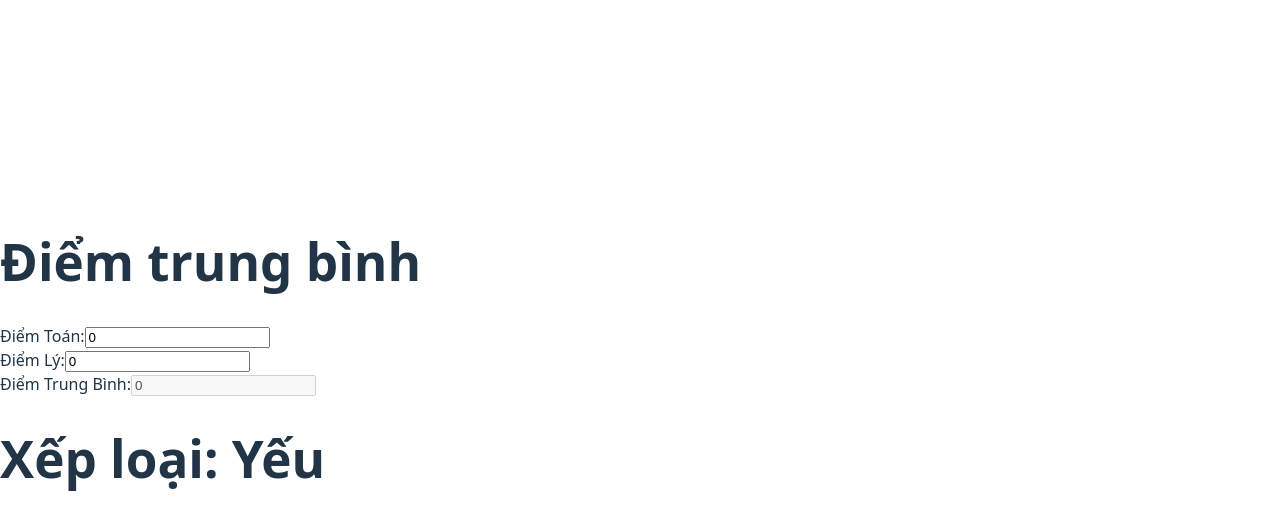
Repository: thidieu2005/React_State
Page: /
These files come from the project's save history. The page is drawn as it stood at one moment and after the next save; the edit follows.
The browser window is 1280 px wide. The pictures show the whole page.
The project was rebuilt for these pictures with package versions that can differ from the ones it lists, and the page was loaded fresh each time. Also part of the build but not shown: vite.config.js, src/Dientich_hcn.jsx, src/App.jsx, src/Counter_function.jsx, src/S_hnc.jsx, src/data.jsx, src/App.css, src/State_getData.jsx and 5 more.

Above is the page before, as saved 2025-04-28 16:09:15.

### src/main.jsx
import { StrictMode } from 'react'
import { createRoot } from 'react-dom/client'
import './index.css'
import App from './App.jsx'
import Dientich_hcn from './Dientich_hcn.jsx'
// import App from './App.jsx'
// import Counter from './Counter.jsx'
import CounterFunction from './Counter_function.jsx'
import S_hcn from './S_hnc.jsx'
import State_getData from './State_getData.jsx'
import FGetdtAPI from './FGetdtAPI.jsx'
import CGetdtAPI from './CGetdtAPI.jsx'
import CaxiosAPI from './axios/CaxiosAPI.jsx'
import FuaxiosAPI from './axios/FuaxiosAPI.jsx'
import MyForm from './Form/form1.jsx'
import { DiemTB } from './Form/diem.jsx'
createRoot(document.getElementById('root')).render(
  <StrictMode>
    <  DiemTB />
  </StrictMode>,
)

### src/Form/diem.jsx
import React, { useState, useEffect } from 'react';

export function DiemTB() {
  const [diemToan, setDiemToan] = useState(0);
  const [diemLy, setDiemLy] = useState(0);
  const [diemTB, setDiemTB] = useState(0);

  const handleDiemToan = (event) => {
    setDiemToan(Number(event.target.value));
  };

  const handleDiemLy = (event) => {
    setDiemLy(Number(event.target.value));
  };


 const handleSubmit = (event) => {
    event.preventDefault(); // chặn reload trang
    const tb = (diemToan + diemLy) / 2;
    setDiemTB(tb);
  };

    const xepLoai = () => {
        if (diemTB >= 9) return "Xuất sắc";
        if (diemTB >= 8) return "Giỏi";
        if (diemTB >= 7) return "Khá";
        if (diemTB >= 5) return "Trung Bình";
        return "Yếu";
  };

  return (
    <div>
      <form onSubmit={handleSubmit}>
        <h1>Điểm trung bình</h1>
        <label htmlFor="diemToan">Điểm Toán:</label>
        <input
          type="number"
          id="diemToan"
          value={diemToan}
          onChange={handleDiemToan}
        />
        <br />
        <label htmlFor="diemLy">Điểm Lý:</label>
        <input
          type="number"
          id="diemLy"
          value={diemLy}
          onChange={handleDiemLy}
        />
        <br />
        <label htmlFor="diemTB">Điểm Trung Bình:</label>
        <input
          type="number"
          id="diemTB"
          value={diemTB}
          disabled
        />
      </form>
      <h1>Xếp loại: {xepLoai()}</h1>
    </div>
  );
}

Loaded but not shown: index.html (common file); src/index.css (common file)

After the next save:
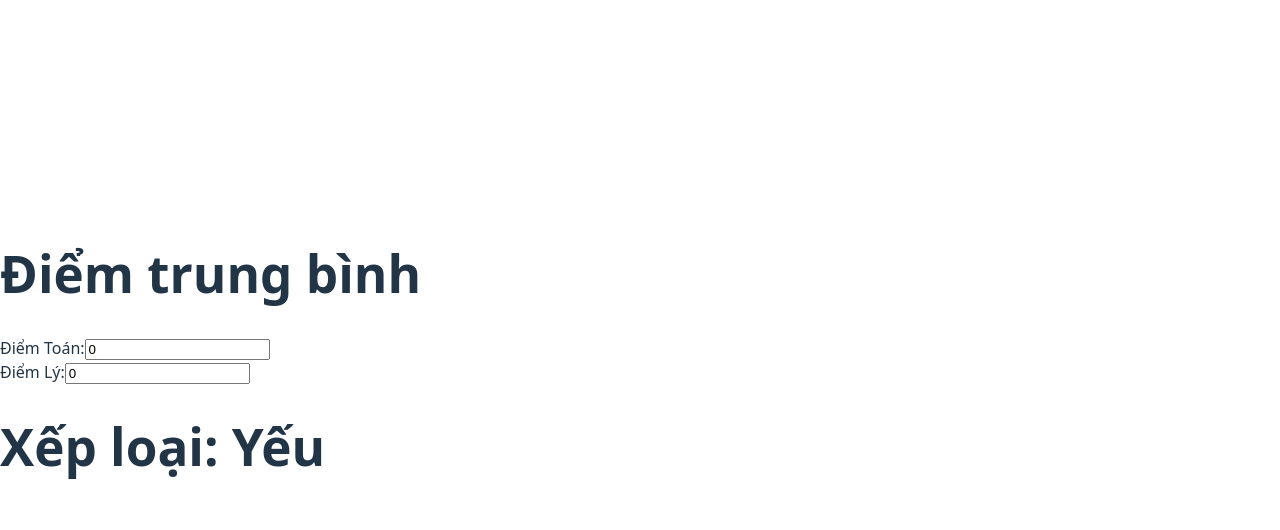
Saved 9 s later.
--- a/src/Form/diem.jsx
+++ b/src/Form/diem.jsx
@@ -48,13 +48,7 @@ export function DiemTB() {
           onChange={handleDiemLy}
         />
         <br />
-        <label htmlFor="diemTB">Điểm Trung Bình:</label>
-        <input
-          type="number"
-          id="diemTB"
-          value={diemTB}
-          disabled
-        />
+
       </form>
       <h1>Xếp loại: {xepLoai()}</h1>
     </div>
